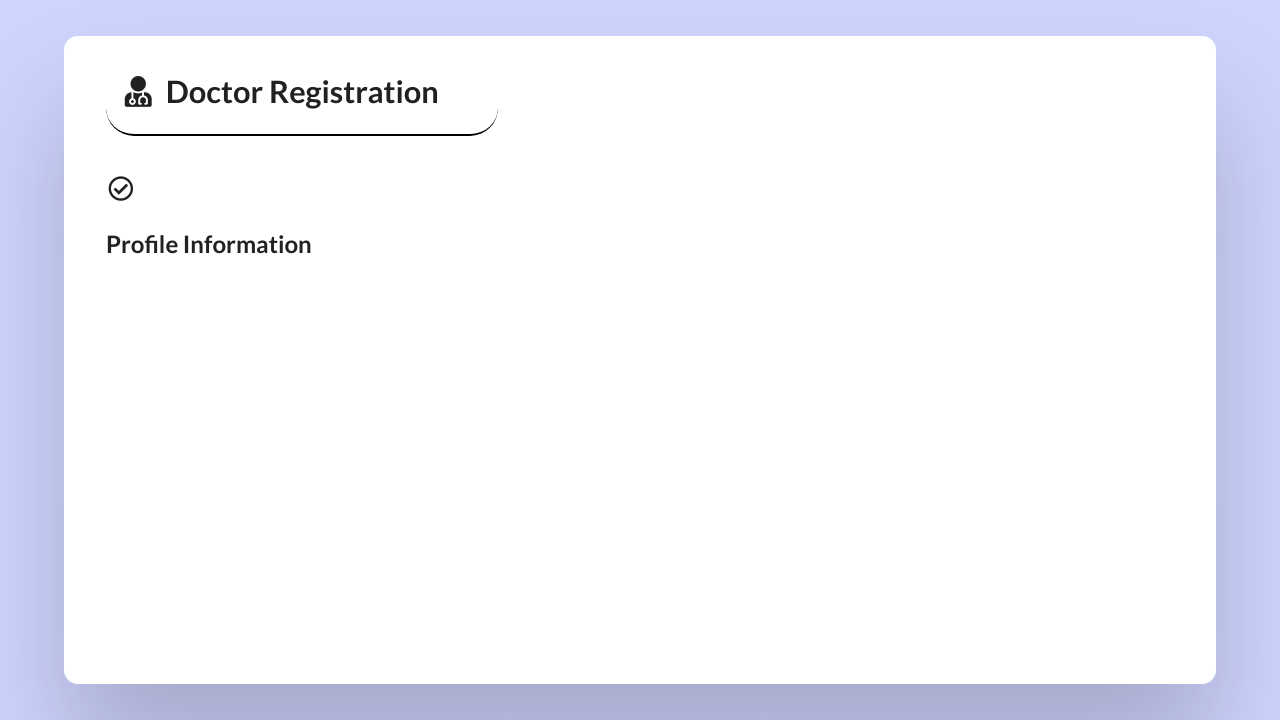
Repository: ajayaj2001/healthcare-digitization
Page: /doctorRegister
The author's editor kept a copy of each file at every save. The page is drawn from the files as they stood at one save, then again after the next save.
The browser window is 1280 px wide. The pictures show the whole page.
The project was rebuilt for these pictures with package versions that can differ from the ones it lists, and the page was loaded fresh each time. Also part of the build but not shown: src/component/userType/UserType.scss, src/component/userType/UserType.js, src/component/login/Login.scss, src/component/login/loginForm/LoginForm.scss, src/component/login/loginForm/LoginForm.js, src/component/login/Login.js, src/component/register/Register.scss, src/component/register/registerForm/RegisterForm.scss and 2 more.

Above is the page before, as saved 2021-03-13 11:31:44.

### public/index.html
<!DOCTYPE html>
<html lang="en">

<head>
  <meta charset="utf-8" />
  <meta name="viewport" content="width=device-width, initial-scale=1" />
  <meta name="theme-color" content="#000000" />
  <meta name="description" content="Web site created using create-react-app" />
  <link rel="stylesheet" href="https://fonts.googleapis.com/css?family=Roboto:300,400,500,700&display=swap" />
  <link rel="stylesheet" href="https://fonts.googleapis.com/icon?family=Material+Icons" />

  <!--
      manifest.json provides metadata used when your web app is installed on a
      user's mobile device or desktop. See https://developers.google.com/web/fundamentals/web-app-manifest/
    -->
  <!-- <link rel="manifest" href="%PUBLIC_URL%/manifest.json" /> -->
  <!--
      Notice the use of %PUBLIC_URL% in the tags above.
      It will be replaced with the URL of the `public` folder during the build.
      Only files inside the `public` folder can be referenced from the HTML.

      Unlike "/favicon.ico" or "favicon.ico", "%PUBLIC_URL%/favicon.ico" will
      work correctly both with client-side routing and a non-root public URL.
      Learn how to configure a non-root public URL by running `npm run build`.
    -->
  <title>medical</title>
</head>

<body>
  <noscript>You need to enable JavaScript to run this app.</noscript>
  <div id="root"></div>
  <!--
      This HTML file is a template.
      If you open it directly in the browser, you will see an empty page.

      You can add webfonts, meta tags, or analytics to this file.
      The build step will place the bundled scripts into the <body> tag.

      To begin the development, run `npm start` or `yarn start`.
      To create a production bundle, use `npm run build` or `yarn build`.
    -->
</body>

</html>

### src/index.js
import React from 'react';
import ReactDOM from 'react-dom';
import './index.scss';
import App from './component/app/App';
import 'semantic-ui-css/semantic.min.css'


ReactDOM.render(
  // <React.StrictMode>
    <App />
  // </React.StrictMode>
  ,
  document.getElementById('root')
);

### src/index.scss
code {
  font-family: source-code-pro, Menlo, Monaco, Consolas, "Courier New", monospace;
}
@mixin respond($breakpoint) {
  @if $breakpoint == phone {
    @media (max-width: 37.5em) {
      @content;
    }
  }

  @if $breakpoint == tab-land {
    @media (max-width: 75em) {
      @content;
    }
  }
  @if $breakpoint == tab-port {
    @media (max-width: 56.25em) {
      @content;
    }
  }
  @if $breakpoint == big-desktop {
    @media (min-width: 112.5em) {
      @content;
    }
  }
}

*,
*::after,
*::before {
  margin: 0;
  padding: 0;
  box-sizing: inherit;
}
body {
  font-family: "Lato", sans-serif;
  font-weight: 400;
  font-size: 16px;
  line-height: 1.7;
  color: #777;
  //padding: 30px;
  box-sizing: border-box;
  @include respond(tab-port) {
    padding: 0;
  }
}

html {
  font-size: 62.5%; //1rem=10px 10px/16px=62.5%
  @include respond(tab-land) {
    //width <1200
    font-size: 56.25%; //1rem=9px
  }
  @include respond(tab-port) {
    //<width <900
    font-size: 50%; //1rem=8px
  }
  // @include respond(phone) {
  //     //<width<600
  //     font-size: 40%; //1rem=4.8px
  // }
  @include respond(big-desktop) {
    //>1200
    font-size: 75%; //1rem=12
  }
}

### src/component/app/App.js
import './App.scss';

import UserType from "../userType/UserType";
import Login from '../login/Login';
import Register from '../register/Register';
import { BrowserRouter as Router,Route,Switch } from 'react-router-dom';
import DoctorRegister from '../doctorRegister/DoctorRegister';

function App() {
  return (
    <Router>
       <Switch>
          <Route path="/login">
           <Login/>
          </Route>
          <Route path="/register">
           <Register/>
          </Route>
          <Route path="/doctorRegister">
            <DoctorRegister/>
          </Route>
          <Route path="/">
            <UserType/>
          </Route>

        </Switch>
    {/* <div className="App">
    </div> */}
    </Router>
  );
}

export default App;

### src/component/doctorRegister/DoctorRegister.js
import React from 'react'
import './DoctorRegister.scss'
import DoctorRegisterForm from './doctorRegisterForm/DoctorRegisterForm'
import {  Icon } from 'semantic-ui-react'

const DoctorRegister = () => {
    return (
        <div className="doctorRegister__container">
            <div className="doctorRegister__main">
                <h1 className="doctorRegister__heading"><Icon name="user doctor"/> Doctor Registration</h1>
                <DoctorRegisterForm/>
            </div>
        </div>
    )
}

export default DoctorRegister

### src/component/doctorRegister/DoctorRegister.scss
.doctorRegister{
    &__container{
        margin: 0;
        background-color: #cfd4fe;
        height: 100vh;
        display: flex;
        justify-content: center;
        align-items: center;
    }
    &__main{
        background-color: white;
        width: 90%;
        height: 90%;
        border-radius: 1rem;
        align-items: center;
        overflow: hidden;
        box-shadow: 0 5rem 8rem rgba(black, 0.2);
        padding: 1rem 0rem 0rem 3rem;
    }
   &__heading{
       font-size: 2.2rem;
       margin: 0rem 0rem 3rem 0rem;
       padding-left: 1rem;
       line-height: 6rem;
       border-bottom: .2rem solid black;
       width: 28rem;
       border-radius: 2rem;

   }
}

### src/component/doctorRegister/doctorRegisterForm/DoctorRegisterForm.js
import React from 'react'
import { Icon } from 'semantic-ui-react'
import './DoctorRegisterForm.scss'
const DoctorRegisterForm = () => {
    return (
        <div className="doctorRegisterForm">
            <div className="doctorRegisterForm__heading"><Icon name="check circle outline"/> <h2>Profile Information</h2></div>
        </div>
    )
}

export default DoctorRegisterForm

### src/component/doctorRegister/doctorRegisterForm/DoctorRegisterForm.scss
.doctorRegisterForm{
    &__heading{
        font-size: 1.8rem;
    }
}

Loaded but not shown: src/component/app/App.scss (no stored copy; drawn as an empty file)

After the next save:
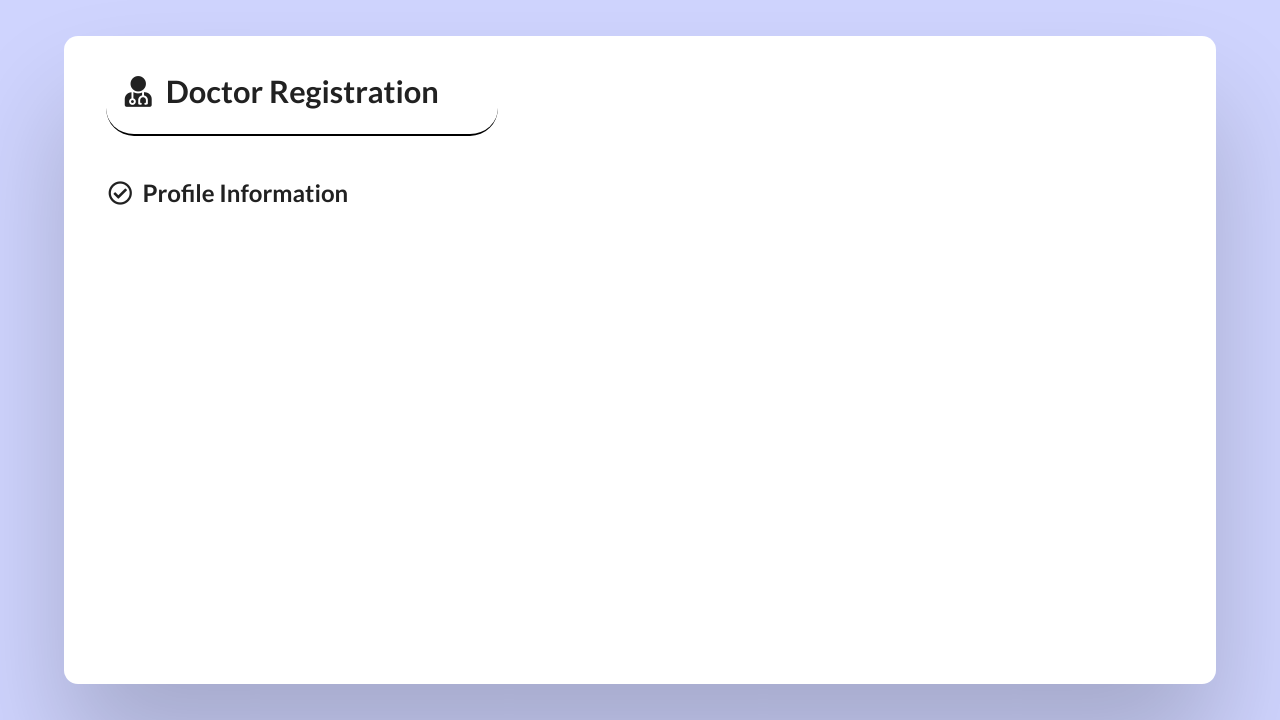
Saved 14 s later.
--- a/src/component/doctorRegister/doctorRegisterForm/DoctorRegisterForm.js
+++ b/src/component/doctorRegister/doctorRegisterForm/DoctorRegisterForm.js
@@ -4,7 +4,7 @@ import './DoctorRegisterForm.scss'
 const DoctorRegisterForm = () => {
     return (
         <div className="doctorRegisterForm">
-            <div className="doctorRegisterForm__heading"><Icon name="check circle outline"/> <h2>Profile Information</h2></div>
+            <div className="doctorRegisterForm__heading"><h2><Icon name="check circle outline"/> Profile Information</h2></div>
         </div>
     )
 }
